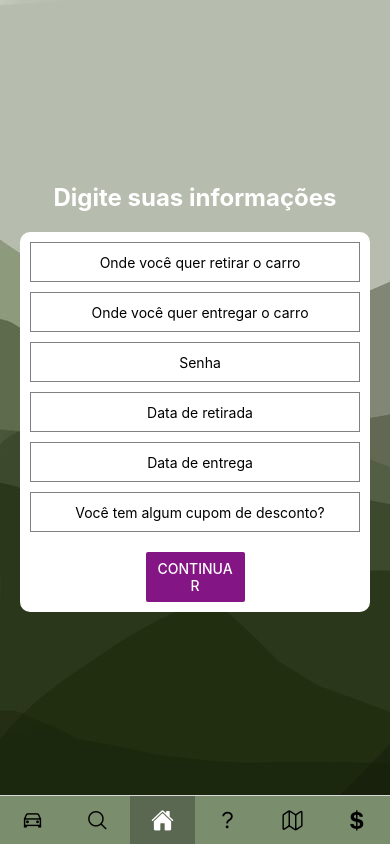
Repository: GabrielAron/EcoWheels
Page: /Home
The author's editor kept a copy of each file at every save. The page is drawn from the files as they stood at one save, then again after the next save.
The browser window is 390 px wide. The pictures show the whole page.
The app was drawn by React Native's web renderer in a window 390 px wide. The project was rebuilt for these pictures with package versions that can differ from the ones it lists, and the page was loaded fresh each time. Also part of the build but not shown: src/Paginas/Carros/index.js, src/Paginas/Ajuda/index.js, src/Paginas/Mapa/index.js, src/Paginas/Pagamento/pagamento.js.

Above is the page before, as saved 2023-11-24 14:45:53.

After the next save:
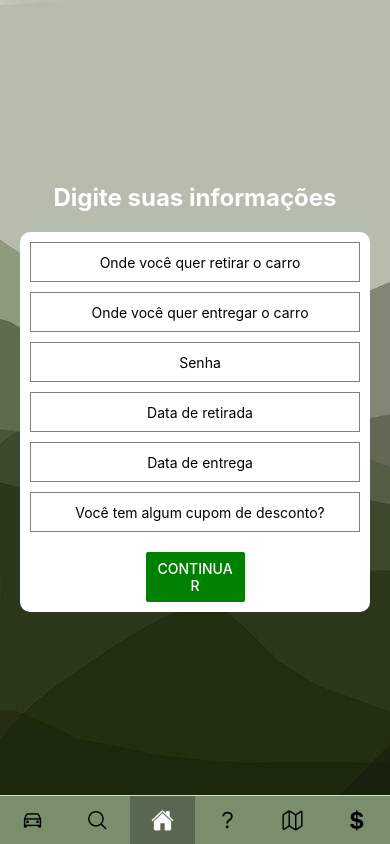
Saved 40 s later.
--- a/src/Paginas/Home/index.js
+++ b/src/Paginas/Home/index.js
@@ -15,7 +15,7 @@ export default function App() {
           <TextInput style={styles.input} placeholder="Data de entrega" />
           <TextInput style={styles.input} placeholder="Você tem algum cupom de desconto?" />
           <View style={styles.buttonContainer}>
-            <Button title="Continuar" onPress={() => {}} color="#841584" />
+            <Button title="Continuar" onPress={() => {}} color="green" />
           </View>
         </View>
       </View>
